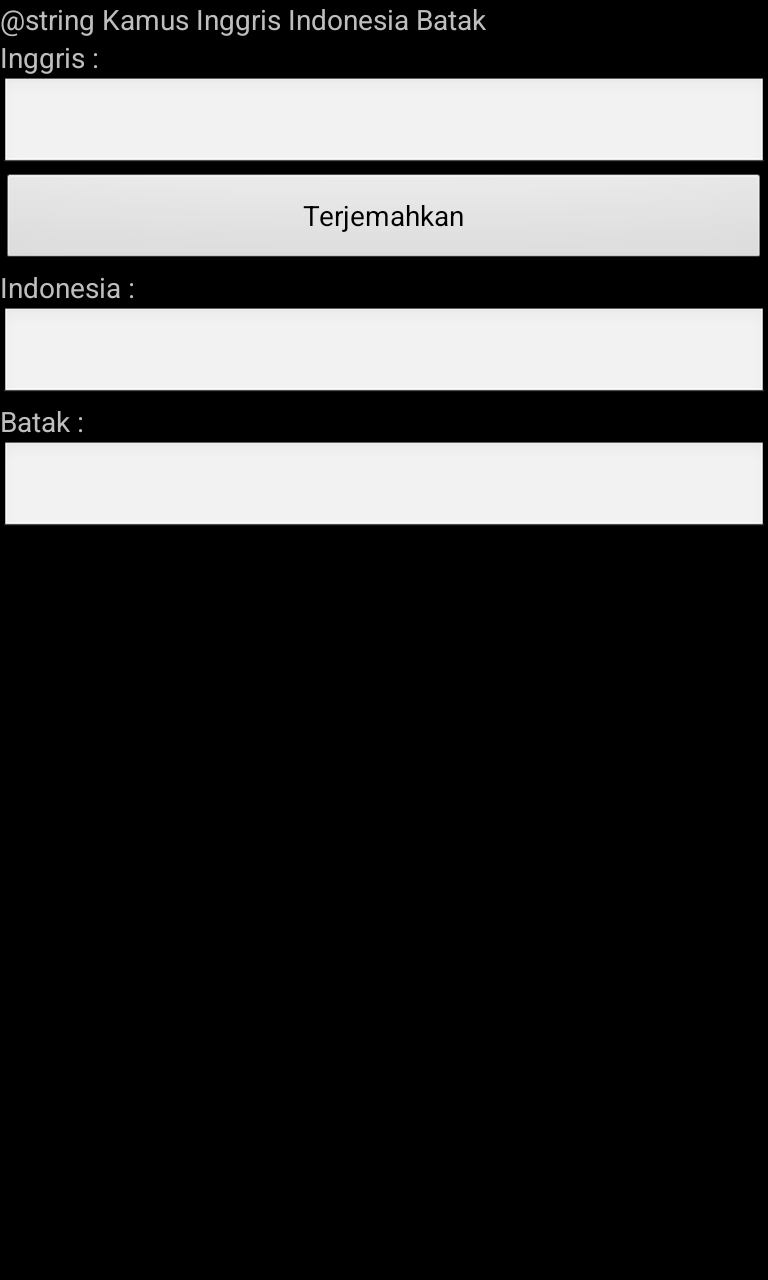
Repository: AndenWano/kamusbahasaindonesia
Layout: KamusKomputer/Kamus/res/layout/activity_show_kamus.xml
An editor plug-in stored every save of this project. The layout is shown before and after the next save, followed by the edit.
It is drawn on a 768 x 1280 px phone screen (xhdpi) without system bars, with theme android:Theme; the app's code is not run.

Above is the layout before, as saved 2014-12-21 10:12:16.

### KamusKomputer/Kamus/res/layout/activity_show_kamus.xml
<?xml version="1.0" encoding="utf-8"?>
<LinearLayout
xmlns:android="http://schemas.android.com/apk/res/android"
android:orientation="vertical"
android:layout_width="fill_parent"
android:layout_height="fill_parent"
>
<TextView
android:layout_width="fill_parent"
android:layout_height="wrap_content"
android:text="@string Kamus Inggris Indonesia Batak"
/>
<TextView
android:text="Inggris :"
android:id="@+id/TextView01"
android:layout_width="wrap_content"
android:layout_height="wrap_content">
</TextView>
<EditText
android:text=""
android:id="@+id/txtInggris"
android:layout_width="fill_parent"
android:layout_height="wrap_content"
/>
<Button
android:text="Terjemahkan"
android:id="@+id/btnTerjemah"
android:layout_width="fill_parent"
android:layout_height="wrap_content"
android:onClick="getTerjemahan"
/>
<TextView
android:text="Indonesia :"
android:id="@+id/TextView03"
android:layout_width="wrap_content"
android:layout_height="wrap_content"
/>
<EditText
android:text=""
android:id="@+id/txtIndonesia"
android:layout_width="fill_parent"
android:layout_height="wrap_content"
android:editable="false"
/>
<TextView
android:text="Batak :"
android:id="@+id/TextView04"
android:layout_width="wrap_content"
android:layout_height="wrap_content"
/>
<EditText
android:text=""
android:id="@+id/txtBatak"
android:layout_width="fill_parent"
android:layout_height="wrap_content"
android:editable="false"
/>
</LinearLayout>

After the next save:
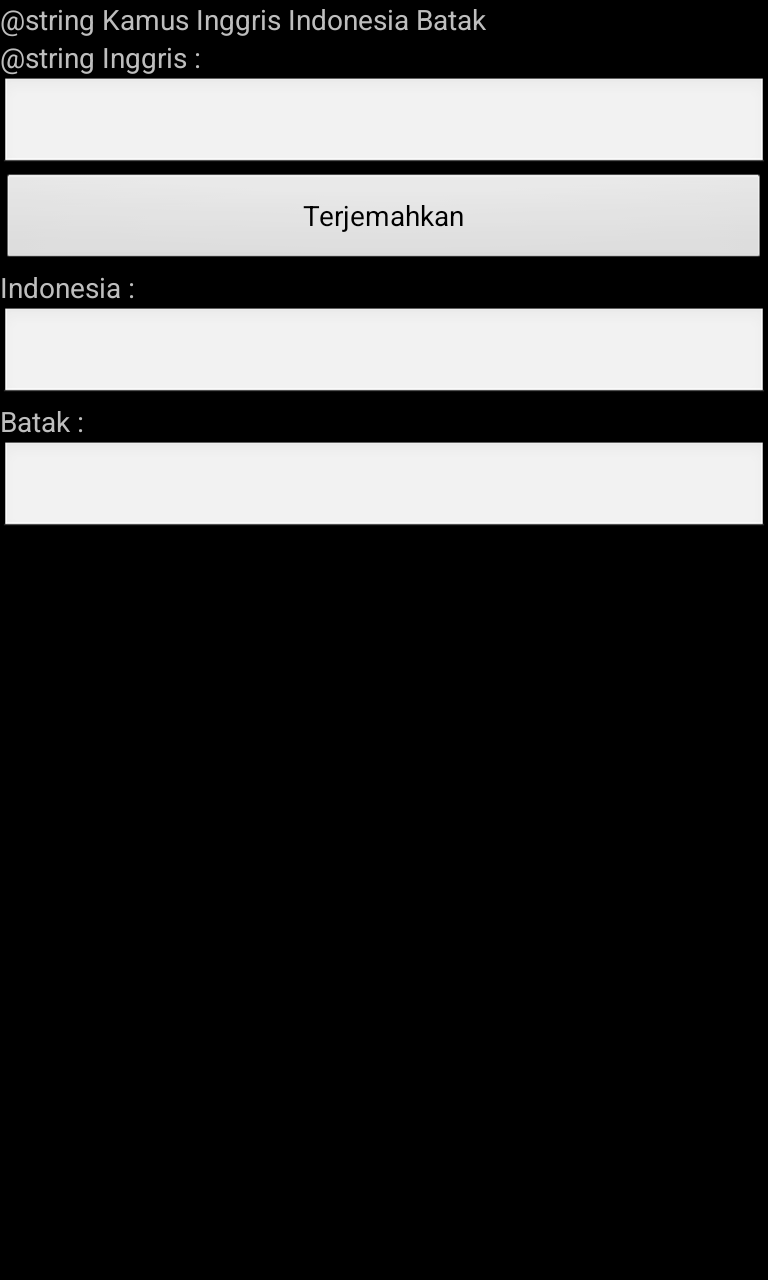
Saved 4 s later.
--- a/KamusKomputer/Kamus/res/layout/activity_show_kamus.xml
+++ b/KamusKomputer/Kamus/res/layout/activity_show_kamus.xml
@@ -11,7 +11,7 @@ android:layout_height="wrap_content"
 android:text="@string Kamus Inggris Indonesia Batak"
 />
 <TextView
-android:text="Inggris :"
+android:text="@string Inggris :"
 android:id="@+id/TextView01"
 android:layout_width="wrap_content"
 android:layout_height="wrap_content">
